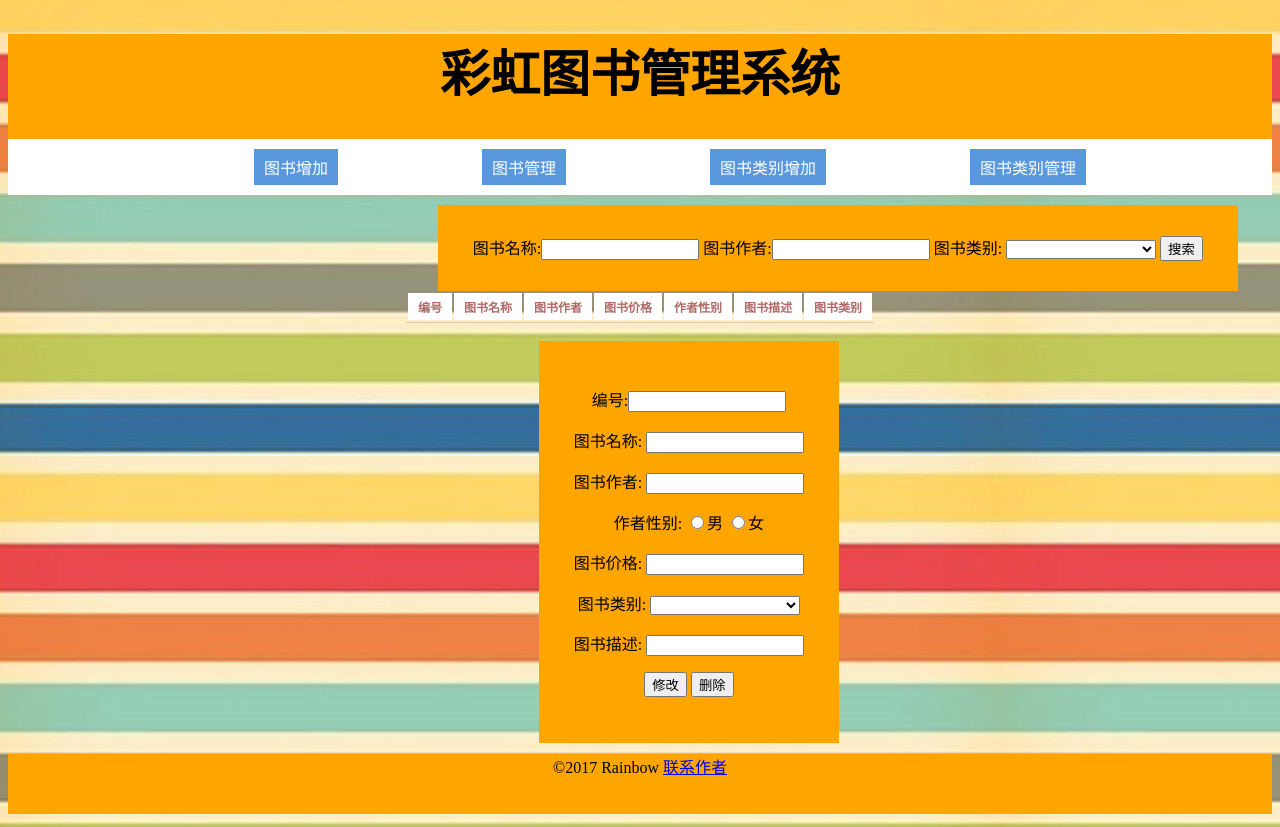
Repository: Rainbow-Chua/learningcode
Page: http://localhost/MyBookManager/BookManager.jsp
The author's editor kept a copy of each file at every save. The page is drawn from the files as they stood at one save, then again after the next save.
The browser window is 1280 px wide. The pictures show the whole page.
The page is served by Tomcat 9. Other server files are loaded and not shown. Queries for data that is not in the repository find no rows.

Above is the page before, as saved 2017-11-23 13:39:48.

### MyBookManager/WebContent/BookManager.jsp
<%@ page language="java" contentType="text/html; charset=utf-8"
	pageEncoding="utf-8"%>
<%@ page language="java" import="java.util.*"%>
<%@ page import="java.sql.Connection"%>
<%@ page import="java.sql.ResultSet"%>
<%@ page import="com.rainbowpro.util.*"%>
<%@ page import="com.rainbowpro.dao.*"%>
<%@ page import="com.rainbowpro.model.*"%>
<!DOCTYPE html PUBLIC "-//W3C//DTD HTML 4.01 Transitional//EN" "http://www.w3.org/TR/html4/loose.dtd">
<html>
<head>
<style type="text/css">
div {
	text-align: center;
}

body {
	background-image: url("images/bgi.jpg");
	background-repeat: repeat;
}

h2 {
	text-align: center;
}
/* Border styles */
#table-2 thead, #table-2 tr {
	border-top-width: 1px;
	border-top-style: solid;
	border-top-color: rgb(230, 189, 189);
}

#table-2 tr:HOVER td {
	background-color: red;
}

#table-2 {
	border-bottom-width: 1px;
	border-bottom-style: solid;
	border-bottom-color: rgb(230, 189, 189);
}

/* Padding and font style */
#table-2 td, #table-2 th {
	padding: 5px 10px;
	font-size: 12px;
	font-family: Verdana;
	color: rgb(177, 106, 104);
}

/* Alternating background colors */
#table-2 tr:nth-child(even) {
	background: rgb(238, 211, 210)
}

#table-2 tr:nth-child(odd) {
	background: #FFF
}
</style>
</head>
<%@ include file="Headermain.jsp"%>
<body onload="IniEvent()">
	<div>
		<form action="bookmanager.do" method="get"
			style="background-color: orange; position: relative; width: 800px; left: 34%; padding-top: 30px; padding-bottom: 30px">
			<p style="display: inline;">
				图书名称:<input id="bookName" type="text" name="bookName"
					style="width: 150px;" />
			</p>
			<p style="display: inline;">
				图书作者:<input id="bookAuthor" type="text" name="bookAuthor"
					style="width: 150px;" />
			</p>
			<p style="display: inline;">
				图书类别: <select name="bookType" style="width: 150px;">
					<%
						DbUtil dbUtil = new DbUtil();
						BookTypeDao bookTypeDao = new BookTypeDao();
						Connection con = null;
						try {
							con = dbUtil.getCon();
							BookType bookType = null;
							ResultSet rs = bookTypeDao.list(con, new BookType());
							while (rs.next()) {
								bookType = new BookType();
								bookType.setId(rs.getInt("id"));
								bookType.setBookTypeName(rs.getString("bookTypeName"));
					%>
					<option
						value="<%=bookType.getBookTypeName()%>,<%=bookType.getId()%>"><%=bookType.getBookTypeName()%></option>
					<%
						}
						} catch (Exception e) {
							e.printStackTrace();
						} finally {
							try {
								dbUtil.close(con);
							} catch (Exception e) {
								e.printStackTrace();
							}
						}
					%>
				</select>
			</p>
			<p style="display: inline;">
				<input type="submit" value="搜索">
			</p>
		</form>
	</div>
	<%!ArrayList list = null;%>
	<%
		if (request.getAttribute("list") != null) {
			list = (ArrayList) request.getAttribute("list");
		}
	%>
	<table id="table-2" align="center">
		<tr>
			<th>编号</th>
			<th>图书名称</th>
			<th>图书作者</th>
			<th>图书价格</th>
			<th>作者性别</th>
			<th>图书描述</th>
			<th>图书类别</th>
		</tr>
		<%
			if (list != null) {
				for (int i = 0; i < list.size(); i++) {
					Book book = (Book) list.get(i);
		%>
		<tr>
			<th><%=book.getId()%></th>
			<th><%=book.getBookName()%></th>
			<th><%=book.getAuthor()%></th>
			<th><%=book.getPrice()%></th>
			<th><%=book.getSex()%></th>
			<th><%=book.getBookDesc()%></th>
			<th><%=book.getBookTypeName()%></th>
		</tr>
		<%
			}
		}
		%>
	</table>
	<br>
	<div>
		<form action="bookmanager.do" method="post"
			onsubmit="return checkForm(this);"
			style="background-color: orange; position: relative; left: 42%; width: 300px;padding-top: 30px; padding-bottom: 30px ">
			<p>
				编号:<input id="bookId" name="bookId" type="text" readonly="readonly" style="width: 150px;">
			</p>
			<p>
				图书名称: <input id="bookName1" type="text" name="bookName1"
					style="width: 150px;" />
			</p>
			<p>
				图书作者: <input id="bookAuthor1" type="text" name="bookAuthor1"
					style="width: 150px;" />
			</p>
			<p>
				作者性别: <label style="width: 150px;"><input id="male" name="Sex" type="radio" value="男 "/>男 </label> <label><input
					id="female" name="Sex" type="radio" value="女" />女 </label>
			</p>
			<p>
				图书价格: <input id="bookPrice1" type="text" name="bookPrice1"
					style="width: 150px;" />
			</p>
			<p>
				图书类别:
				<select id="bookType1" name="bookType1" style="width: 150px;">
				<%
				try{
					con = dbUtil.getCon();
					BookType bookType = null;
					ResultSet rs = bookTypeDao.list(con, new BookType());
					while(rs.next()){
						bookType = new BookType();
						bookType.setId(rs.getInt("id"));
						bookType.setBookTypeName(rs.getString("bookTypeName"));
				%>
						<option value="<%= bookType.getBookTypeName()%>,<%= bookType.getId()%>"><%= bookType.getBookTypeName() %></option>
				<%
					}
				}catch(Exception e){
					e.printStackTrace();
				}finally{
					try {
						dbUtil.close(con);
					} catch (Exception e) {
						e.printStackTrace();
					}
				}
				%>
				</select>
			</p>
			<p>
				图书描述: <input id="bookDec1" type="text" name="bookDec1" style="width: 150px;">
			</p>


			<p>
				<input type="submit" name="modify" value="修改"> <input type="submit" name="delete" value="删除">
			</p>
		</form>
	</div>
	<script type="text/javascript">
		function IniEvent() {
			var tbl = document.getElementById("table-2");
			var trs = tbl.getElementsByTagName("tr");
			for (var i = 0; i < trs.length; i++) {
				trs[i].onclick = TrOnClick;
			}
		}
		function TrOnClick() {
			var tbl = document.getElementById("table-2");
			var trs = tbl.getElementsByTagName("tr");
			for (var i = 1; i < trs.length; i++) {
				if (trs[i] == this) { //判断是不是当前选择的行
					trs[i].style.background = "yellow";
					var x=document.getElementById('table-2').rows[i].cells;
					document.getElementById("bookId").setAttribute("value", x[0].innerHTML);
					document.getElementById("bookName1").setAttribute("value", x[1].innerHTML);
					document.getElementById("bookAuthor1").setAttribute("value", x[2].innerHTML);
					document.getElementById("bookPrice1").setAttribute("value", x[3].innerHTML);
					//alert(x[4].innerHTML);
					var male = "男";
					if(x[4].innerHTML == male){
						document.getElementById("male").checked = true;
						document.getElementById("female").checked = false;
					} else {
						document.getElementById("female").checked = true;
						document.getElementById("male").checked = false;
					}
					document.getElementById("bookDec1").setAttribute("value", x[5].innerHTML);
					var all_options = document.getElementById("bookType1").options;
					for (var q=0; q<all_options.length; q++){
					     if (all_options[q].value.indexOf(x[6].innerHTML) >= 0){
					        all_options[q].selected = true;
					     }
					}
				} else {
					if(i%2 == 0){
						trs[i].style.background = "white";
					} else {
						trs[i].style.background = "rgb(238, 211, 210)";
					}
				}
			}
		}
	</script>
</body>
<%@ include file="Footer.jsp"%>
</html>

### MyBookManager/WebContent/Headermain.jsp
<%@ page language="java" contentType="text/html; charset=utf-8"
	pageEncoding="utf-8"%>
<!DOCTYPE html PUBLIC "-//W3C//DTD HTML 4.01 Transitional//EN" "http://www.w3.org/TR/html4/loose.dtd">
<html>
<head>
<style type="text/css">
.h {
	width: 100%;
	background: orange;
	color: black;
	text-align: center;
	text-shadow: silver;
}
.menus {
    z-index: 2;
    margin: 10px 0;
    background: #fff;
}
.g-gc {
    display: inline-block;
    vertical-align: top;
    margin: 10px;
    margin-left: 130px;
    padding:6px;
    padding-left: 10px;
    padding-right: 10px;
    background: #5a98de;
    position:relative;
    right: 50px;
}
.a-1 {
    color: #fff;
    text-decoration: none;
    outline: 0;
}
.a-1:HOVER {
	text-decoration: underline;
}
</style>
</head>
<body>
	<div class="h">
		<h1 style="font-size: 50px; font-weight: bold; color: black;">彩虹图书管理系统</h1>
		<ul class="menus">
			<li class="g-gc"><a href="addBook.jsp" class="a-1">图书增加</a></li>
			<li class="g-gc"><a href="BookManager.jsp" class="a-1">图书管理</a></li>
			<li class="g-gc"><a href="addBookType.jsp" class="a-1">图书类别增加</a></li>
			<li class="g-gc"><a href="BookTypeManager.jsp" class="a-1">图书类别管理</a></li>
		</ul>
	</div>
</body>
</html>

### MyBookManager/WebContent/Footer.jsp
<%@ page language="java" contentType="text/html; charset=utf-8"
    pageEncoding="utf-8"%>
<!DOCTYPE html PUBLIC "-//W3C//DTD HTML 4.01 Transitional//EN" "http://www.w3.org/TR/html4/loose.dtd">
<html>
<head>
<style type="text/css">
.f {
	width: 100%;
	height: 60px;
	background: orange;
	color: black;
	text-align: center;
	text-shadow: silver;
	position: relative;
	bottom: 5px;
}
</style>
</head>
<body>
	<div class="f">
		<p id="cp">©2017&nbsp;Rainbow&nbsp;<a href="mailto:caihong@stu.shmtu.edu.cn">联系作者</a></p>
	</div>
</body>
</html>

### MyBookManager/src/com/rainbowpro/model/BookType.java
package com.rainbowpro.model;

public class BookType {

	private int id;
	private String bookTypeName;
	private String bookTypeDesc;

	public BookType() {
		super();
		// TODO Auto-generated constructor stub
	}
	public BookType(String bookTypeName, String bookTypeDesc) {
		super();
		this.bookTypeName = bookTypeName;
		this.bookTypeDesc = bookTypeDesc;
	}

	public BookType(int id, String bookTypeName, String bookTypeDesc) {
		super();
		this.id = id;
		this.bookTypeName = bookTypeName;
		this.bookTypeDesc = bookTypeDesc;
	}
	public int getId() {
		return id;
	}
	public void setId(int id) {
		this.id = id;
	}
	public String getBookTypeName() {
		return bookTypeName;
	}
	public void setBookTypeName(String bookTypeName) {
		this.bookTypeName = bookTypeName;
	}
	public String getBookTypeDesc() {
		return bookTypeDesc;
	}
	public void setBookTypeDesc(String bookTypeDesc) {
		this.bookTypeDesc = bookTypeDesc;
	}
	@Override
	public String toString() {
		return bookTypeName;
	}

}

### MyBookManager/src/com/rainbowpro/util/StringUtil.java
package com.rainbowpro.util;
/**
 * 俚륜눔묏야잚
 * @author Useradmin
 *
 */
public class StringUtil {

	public static boolean isEmpty(String str){
		if(str == null || "".equals(str.trim())){
			return true;
		}else{
			return false;
		}
	}

	public static boolean isNotEmpty(String str){
		if(str != null && !"".equals(str)){
			return true;
		}else{
			return false;
		}
	}
}

After the next save:
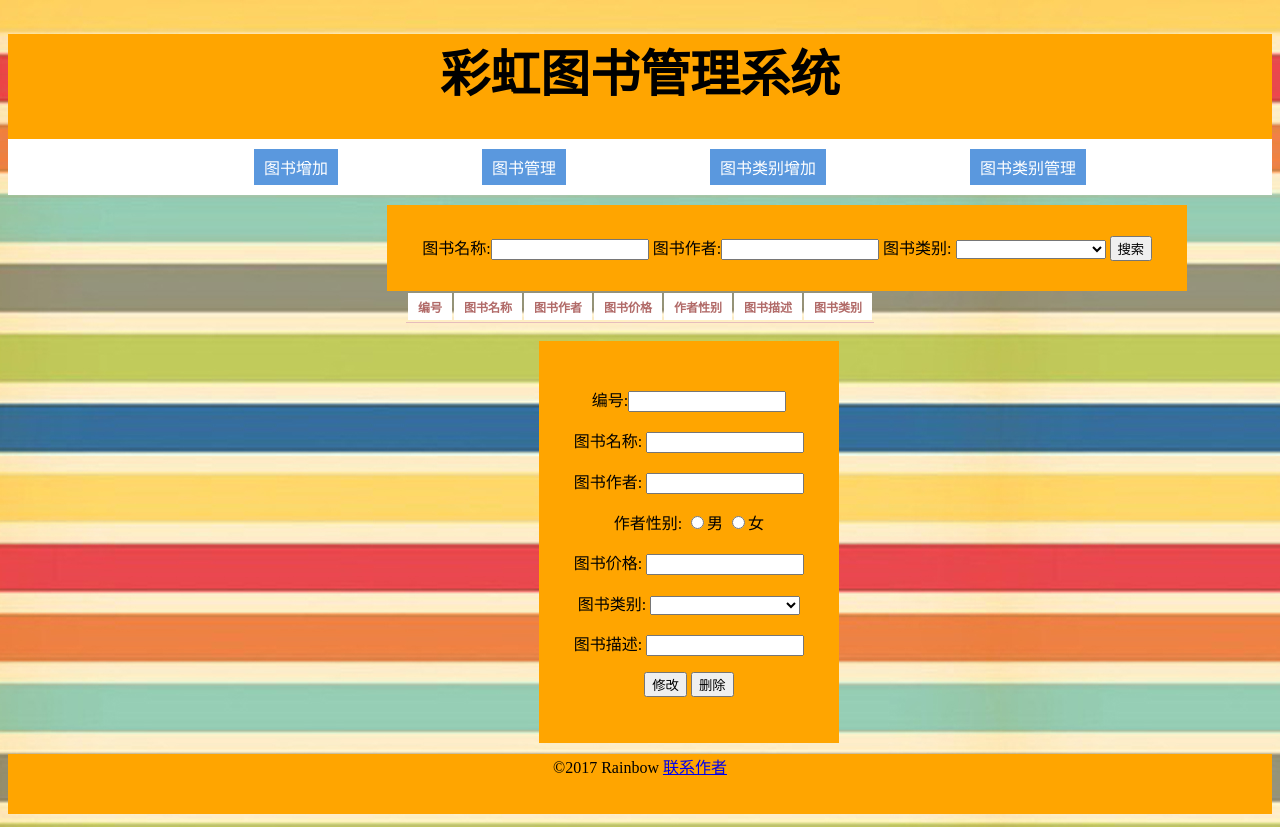
Saved 51 s later.
--- a/MyBookManager/WebContent/BookManager.jsp
+++ b/MyBookManager/WebContent/BookManager.jsp
@@ -61,7 +61,7 @@ h2 {
 <body onload="IniEvent()">
 	<div>
 		<form action="bookmanager.do" method="get"
-			style="background-color: orange; position: relative; width: 800px; left: 34%; padding-top: 30px; padding-bottom: 30px">
+			style="background-color: orange; position: relative; width: 800px; left: 30%; padding-top: 30px; padding-bottom: 30px">
 			<p style="display: inline;">
 				图书名称:<input id="bookName" type="text" name="bookName"
 					style="width: 150px;" />
